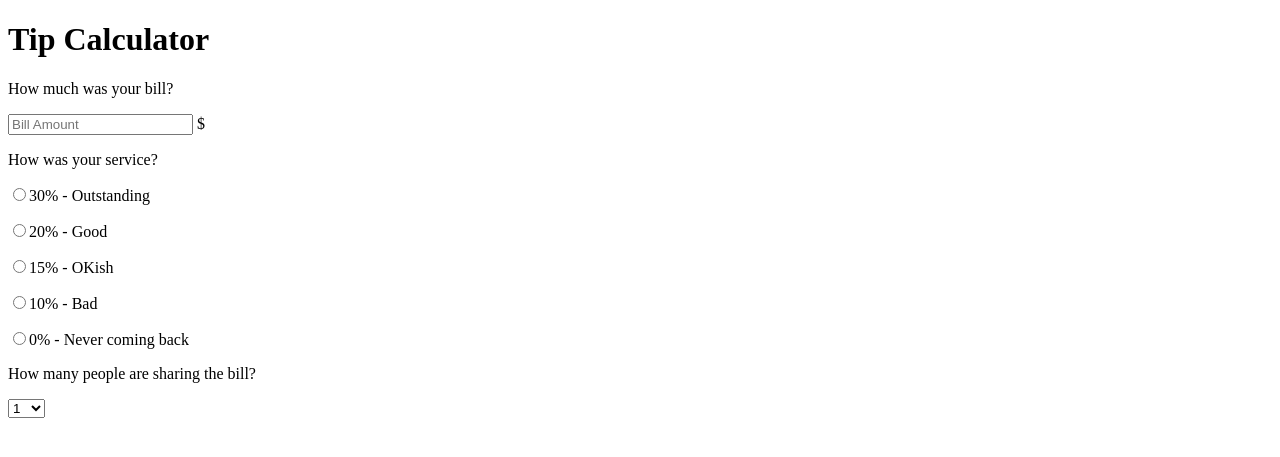
Repository: NiutaR/tip-calculator
Page: index.html
The author's editor kept a copy of each file at every save. The page is drawn from the files as they stood at one save, then again after a run of saves.
The browser window is 1280 px wide. The pictures show the whole page.

Above is the page before, as saved 2021-07-24 17:04:52.

### index.html
<!DOCTYPE html>
<html lang="en">

<head>
    <meta charset="UTF-8">
    <meta http-equiv="X-UA-Compatible" content="IE=edge">
    <meta name="viewport" content="width=device-width, initial-scale=1.0">
    <link rel="stylesheet" href="style.css">
    <title>Tip Calculator</title>
</head>

<body>
    <div id="container">
        <h1>Tip Calculator</h1>

        <div id="calculator">
            <form>
                <p>How much was your bill?</p>
                <input id="amount" type="text" placeholder="Bill Amount"> $
                <p>How was your service?</p>
                <p><input id="service" type="radio" value="0.3">30&#37 - Outstanding</p>
                <p><input id="service" type="radio" value="0.2">20&#37 - Good</p>
                <p><input id="service" type="radio" value="0.15">15&#37 - OKish</p>
                <p><input id="service" type="radio" value="0.1">10&#37 - Bad</p>
                <p><input id="service" type="radio" value="0.05">0&#37 - Never coming back</p>
                <p>How many people are sharing the bill?</p>
                <select>
                    <option value="1">1</option>
                    <option value="2">2</option>
                    <option value="3">3</option>
                    <option value="4">4</option>
                    <option value="5">5</option>
                    <option value="6">6</option>
                    <option value="7">7</option>
                    <option value="8">8</option>
                    <option value="9">9</option>
                    <option value="10">10</option>
                </select>

            </form>
        </div>
    </div>
    <script src="index.js"></script>
</body>

</html>

### style.css
body {
    background: ;
}
#container {

}

Loaded but not shown: index.js (no copy from this time; the picture is the same without it)

After the next 2 saves:
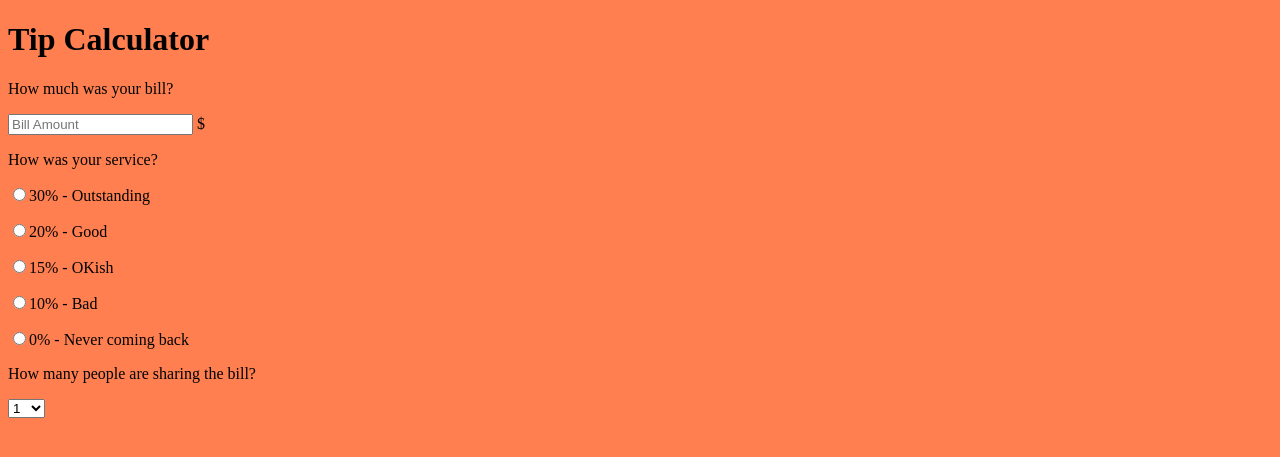
The 2 saves are shown as one change because they came seconds apart.
The last was saved 12 s later.
--- a/style.css
+++ b/style.css
@@ -1,5 +1,5 @@
 body {
-    background: ;
+    background: coral;
 }
 #container {
 
